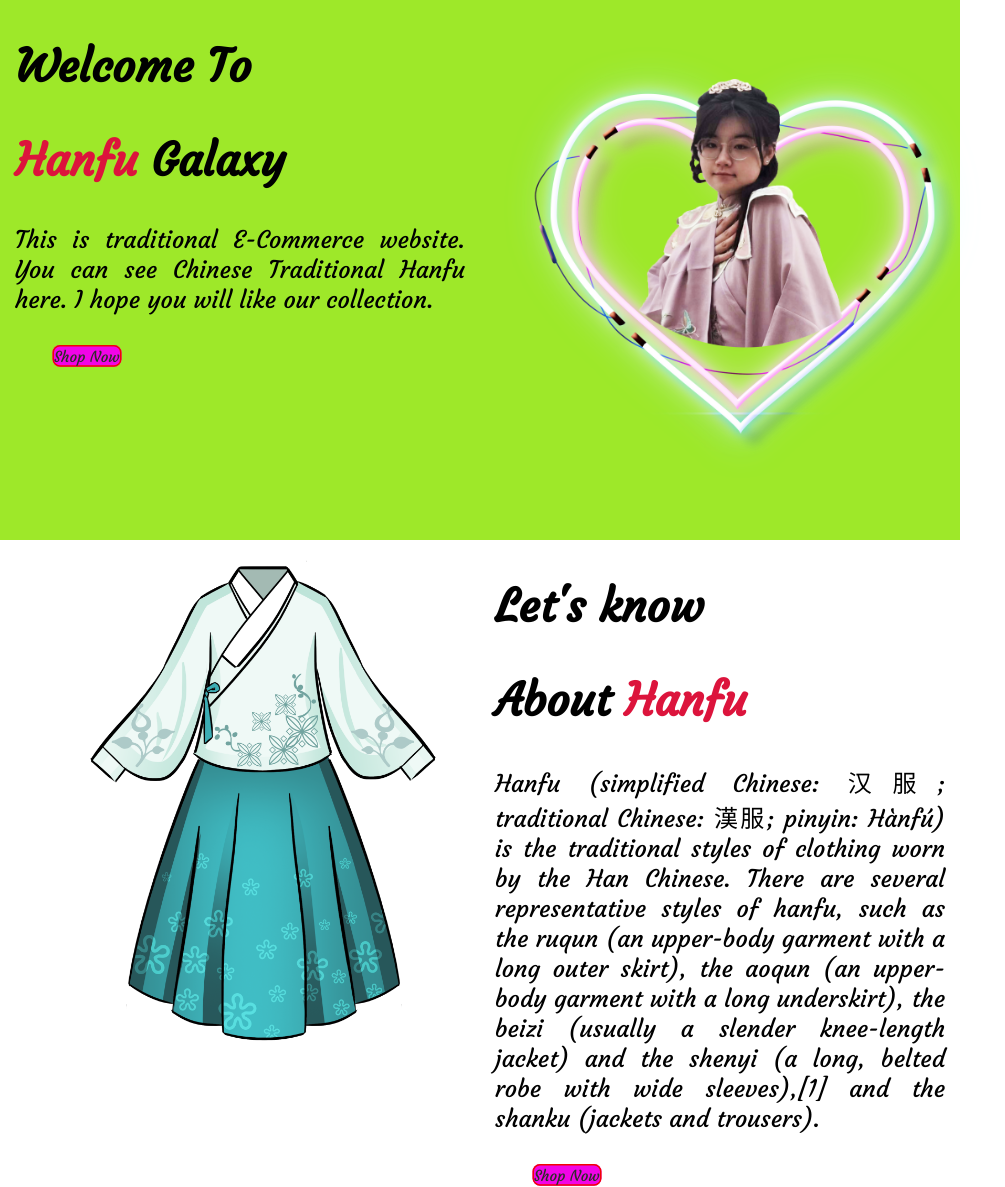
Repository: ramizraaz/E-Commerce
Page: index.html
An editor plug-in stored every save of this project. The page is shown before and after the next save, followed by the edit.
The browser window is 1280 px wide. The page is 1340 px wide, so the pictures cover 1340 px, including what lies to the right of the window. The pictures show the whole page, at 75% of full size.

Above is the page before, as saved 2022-02-06 21:32:01.

### index.html
<!DOCTYPE html>
<html lang="en">

<head>
    <meta charset="UTF-8">
    <meta http-equiv="X-UA-Compatible" content="IE=edge">
    <meta name="viewport" content="width=device-width, initial-scale=1.0">
    <title>Document</title>
    <link rel="stylesheet" href="main.css">
</head>

<body>
    <section class="top">
        <div class="container">
            <h1>Welcome To </h1>
            <h1><span> Hanfu </span>Galaxy</h1>
            <p>This is traditional E-Commerce website. You can see Chinese Traditional Hanfu here. I hope you will like our collection.
            </p>
            <a href="index.html">Shop Now</a>
        </div>
        <div class="container">
            <img src="images/bg-1.png" alt="showart">
        </div>
    </section>
    <section class="mid">
        <div class="container mid-img">
            <img src="images/bg-2.png" alt="showart">
        </div>
        <div class="container">
            <h1>Let's know </h1>
            <h1>About<span> Hanfu </span></h1>
            <p>Hanfu (simplified Chinese: 汉服; traditional Chinese: 漢服; pinyin: Hànfú) is the traditional styles of clothing worn by the Han Chinese. There are several representative styles of hanfu, such as the ruqun (an upper-body garment with a long outer
                skirt), the aoqun (an upper-body garment with a long underskirt), the beizi (usually a slender knee-length jacket) and the shenyi (a long, belted robe with wide sleeves),[1] and the shanku (jackets and trousers).
            </p>
            <a href="index.html">Shop Now</a>
        </div>
    </section>
</body>

</html>

### main.css
@import url('https://fonts.googleapis.com/css2?family=Courgette&display=swap');
body {
    font-family: 'Courgette', cursive;
    margin: 0;
    font-size: 2rem;
}

h1 {
    font-size: 60px;
}

p {
    text-align: justify;
}

span {
    color: crimson;
}

img {
    width: 700px;
}

a {
    text-decoration: none;
    border: 2px solid #f10404;
    border-radius: 10px;
    font-size: 20px;
    margin-left: 50px;
    background-color: #f104e6;
    color: rgb(44, 44, 41);
}

.top {
    display: flex;
    background-color: #93e60fe3;
    height: 100vh;
}

.container {
    width: 50%;
    padding-left: 20px;
}

.mid {
    display: flex;
    height: 100vh;
}

.mid .container {
    padding: 0px 20px 0px 0px;
}

.mid-img {}

After the next save:
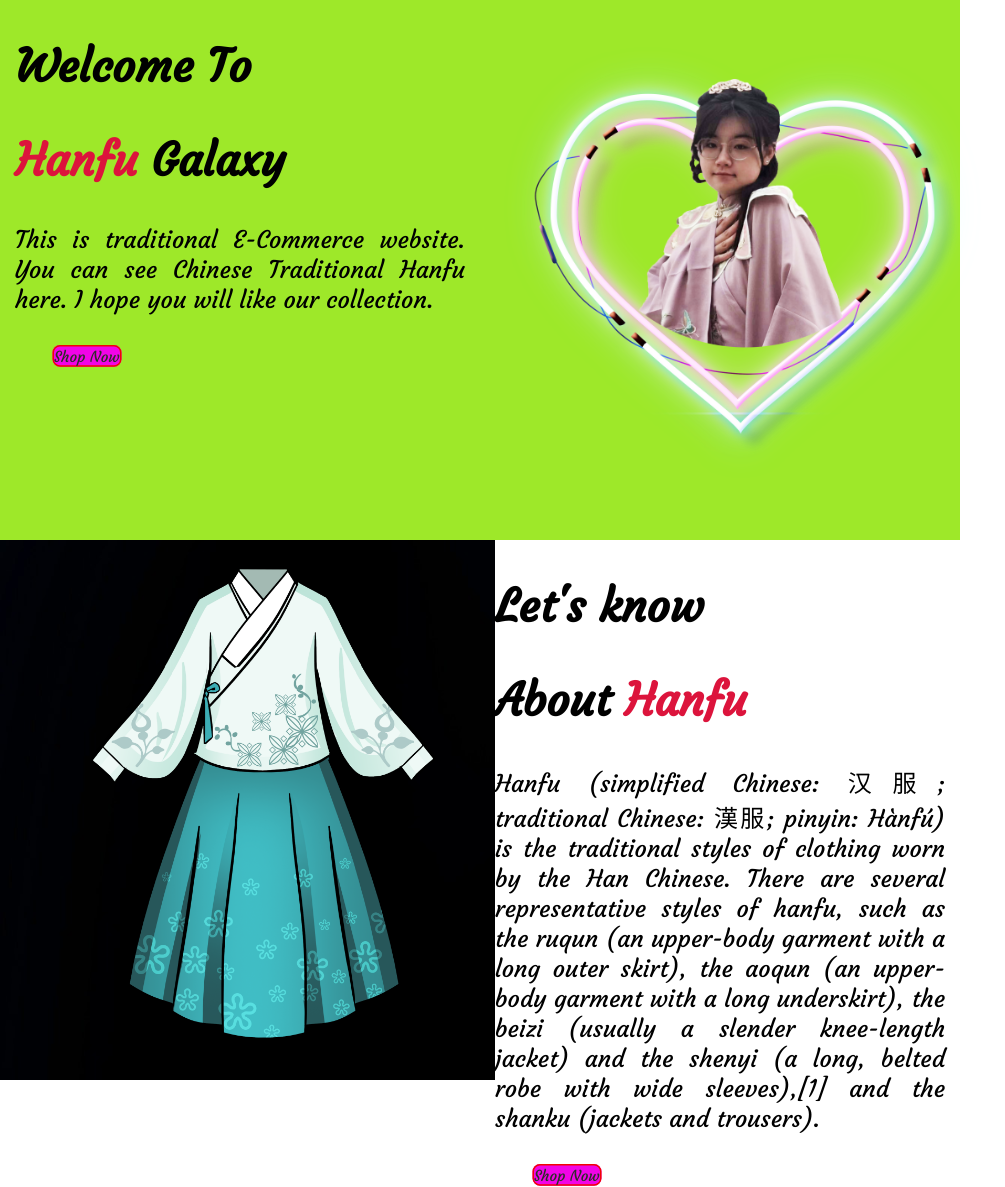
Saved 6 s later.
--- a/main.css
+++ b/main.css
@@ -51,4 +51,7 @@ a {
     padding: 0px 20px 0px 0px;
 }
 
-.mid-img {}
+.mid-img {
+    background-image: url(./images/pexels-designecologist-887349.jpg);
+    background-repeat: initial;
+}
